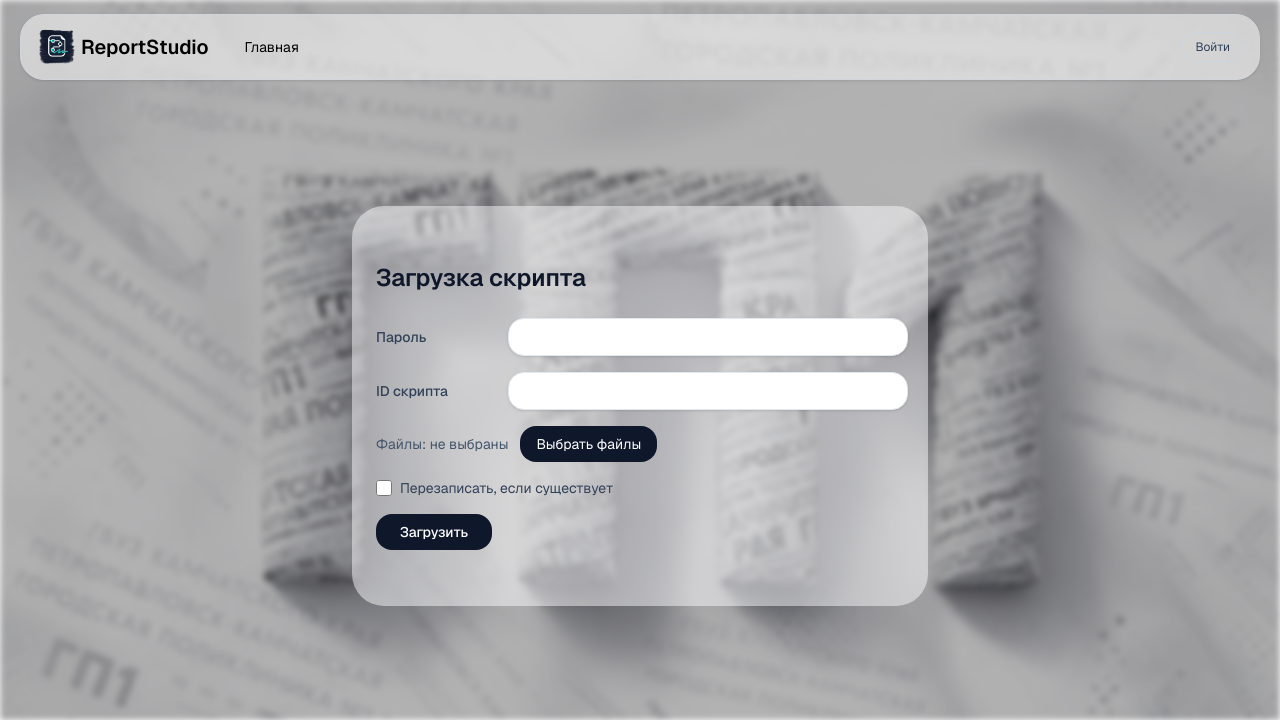
Repository: vladzap2423/report_studio_v2
Page: /load
These files come from the project's save history. The page is drawn as it stood at one moment and after the next save; the edit follows.
The browser window is 1280 px wide. The pictures show the whole page.
The page's requests for data from a server got no answer. The project was rebuilt for these pictures with package versions that can differ from the ones it lists, and the page was loaded fresh each time. The framework's server and built-in components were replaced by stand-ins that run in the browser. No one was signed in, and anything a server would have sent is missing. Also part of the build but not shown: next.config.ts, src/app/components/AppToastViewport.tsx.

Above is the page before, as saved 2026-04-17 09:59:34.

### src/app/layout.tsx
import type { Metadata } from "next";
import { Geist, Geist_Mono } from "next/font/google";
import "./globals.css"
import Header from "./components/Header";
import { AppToastProvider } from "./components/AppToastProvider";

const geistSans = Geist({
  variable: "--font-geist-sans",
  subsets: ["latin"],
});

const geistMono = Geist_Mono({
  variable: "--font-geist-mono",
  subsets: ["latin"],
});

export const metadata: Metadata = {
  title: "ГП1 Платформа",
  description: "Платформа ГП1",
};

export default function RootLayout({
  children,
}: Readonly<{
  children: React.ReactNode;
}>) {
  return (
    <html lang="ru">
      <body className={`${geistSans.variable} ${geistMono.variable} antialiased`}>
        <AppToastProvider>
          <div className="app-shell">
            <Header
              title="ReportStudio"
              links={[
                { label: "Главная", href: "/" },
                { label: "Задачи", href: "/tasks" },
                { label: "Админ", href: "/admin" },
              ]}
            />

            <main className="app-main-slot">
              <div className="app-main-frame app-page">{children}</div>
            </main>
          </div>
        </AppToastProvider>
      </body>
    </html>
  );
}

### src/app/load/page.tsx
"use client";

import { useState, useRef, useCallback } from "react";

export default function LoadPage() {
  const [password, setPassword] = useState("");
  const [id, setId] = useState("");
  const [files, setFiles] = useState<File[]>([]);
  const [overwrite, setOverwrite] = useState(false);
  const [error, setError] = useState<string | null>(null);
  const [success, setSuccess] = useState<string | null>(null);
  const [loading, setLoading] = useState(false);

  const inputRef = useRef<HTMLInputElement | null>(null);

  const onPickClick = useCallback(() => {
    inputRef.current?.click();
  }, []);

  const handlePicked = useCallback((picked: File[]) => {
    setFiles(picked);
  }, []);

  const uploadScripts = useCallback(async () => {
    setError(null);
    setSuccess(null);

    if (!files.length) return setError("Выберите файлы скрипта.");
    if (!id.trim()) return setError("Укажите ID скрипта.");
    if (password !== "Zx44tfW") return setError("Неверный пароль.");

    setLoading(true);
    try {
      const fd = new FormData();
      fd.append("scriptId", id.trim());
      fd.append("password", password);
      if (overwrite) fd.append("overwrite", "1");
      for (const f of files) fd.append("files", f, (f as any).webkitRelativePath || f.name);

      const res = await fetch("/api/scripts/upload", { method: "POST", body: fd });
      if (!res.ok) throw new Error(`HTTP ${res.status}`);

      setSuccess("Скрипт загружен.");
      setFiles([]);
      setId("");
      setPassword("");
      if (inputRef.current) inputRef.current.value = "";
    } catch {
      setError("Не удалось загрузить скрипт.");
    } finally {
      setLoading(false);
    }
  }, [files, id, password, overwrite]);

  return (
      <div className="mx-auto max-w-xl px-6 py-14 bg-gray-50/50 rounded-4xl mt-28">
        <h1 className="text-2xl font-semibold text-slate-900 mb-6">Загрузка скрипта</h1>

        <div className="grid gap-3 sm:grid-cols-[120px_1fr] sm:items-center mb-4">
          <label className="text-sm font-medium text-slate-700">Пароль</label>
          <input
            type="password"
            value={password}
            onChange={(e) => setPassword(e.target.value)}
            className="w-100 rounded-2xl border border-slate-200 bg-white px-4 py-2 text-sm text-slate-900 shadow-sm focus:outline-none focus:ring-4 focus:ring-slate-200"
          />
        </div>

        <div className="grid gap-3 sm:grid-cols-[120px_1fr] sm:items-center mb-4">
          <label className="text-sm font-medium text-slate-700">ID скрипта</label>
          <input
            type="text"
            value={id}
            onChange={(e) => setId(e.target.value)}
            className="w-100 rounded-2xl border border-slate-200 bg-white px-4 py-2 text-sm text-slate-900 shadow-sm focus:outline-none focus:ring-4 focus:ring-slate-200"
          />
        </div>

        <div className="flex flex-wrap items-center gap-3 mb-4 text-sm text-slate-600">
          <div>Файлы: {files.length ? `${files.length} шт.` : "не выбраны"}</div>
          <button
            type="button"
            onClick={onPickClick}
            className="rounded-2xl bg-slate-900 px-4 py-2 text-white hover:bg-slate-800"
          >
            Выбрать файлы
          </button>
          <input
            ref={inputRef}
            type="file"
            multiple
            className="hidden"
            onChange={(e) => {
              const picked = Array.from(e.target.files || []);
              if (!picked.length) return;
              handlePicked(picked);
            }}
            {...({ webkitdirectory: "true"} as any)}
          />
        </div>

        <div className="flex items-center gap-2 mb-4">
          <input
            type="checkbox"
            checked={overwrite}
            onChange={(e) => setOverwrite(e.target.checked)}
            id="overwrite"
            className="w-4 h-4 rounded border-slate-300 text-slate-900 focus:ring-slate-200"
          />
          <label htmlFor="overwrite" className="text-sm text-slate-700">Перезаписать, если существует</label>
        </div>

        {error && <div className="mb-4 rounded-2xl border border-rose-200 bg-rose-50 px-4 py-3 text-sm text-rose-700">{error}</div>}
        {success && <div className="mb-4 rounded-2xl border border-emerald-200 bg-emerald-50 px-4 py-3 text-sm text-emerald-700">{success}</div>}

        <button
          type="button"
          onClick={uploadScripts}
          disabled={loading}
          className="rounded-2xl bg-slate-900 px-6 py-2 text-white text-sm font-medium hover:bg-emerald-600 disabled:opacity-50"
        >
          {loading ? "Загрузка..." : "Загрузить"}
        </button>
      </div>
  );
}

### src/app/globals.css
@import "tailwindcss";

:root {
  --background: #ffffff;
  --foreground: #171717;
  --app-max-width: 1400px;
  --app-main-max-width: 1680px;
  --app-gutter: 16px;
  --app-header-py: 12px;
  --app-content-py: 12px;
  color-scheme: light;
}

@theme inline {
  --color-background: var(--background);
  --color-foreground: var(--foreground);
  --font-sans: var(--font-geist-sans);
  --font-mono: var(--font-geist-mono);
}

html,
body {
  height: 100%;
}

body {
  margin: 0;
  background: var(--background);
  color: var(--foreground);
  font-family: var(--font-geist-sans), "Segoe UI", sans-serif;
  position: relative;
  overflow: hidden;
}

body::before {
  content: "";
  position: fixed;
  inset: 0;
  background-image: url("/fon.png");
  background-size: cover;
  background-position: center;
  background-repeat: no-repeat;
  filter: blur(3px) brightness(0.7);
  z-index: -1;
}

.app-shell {
  height: 100dvh;
  display: flex;
  flex-direction: column;
  overflow: hidden;
}

.app-frame {
  width: min(var(--app-max-width), calc(100% - (var(--app-gutter) * 2)));
  margin-inline: auto;
}

.app-main-frame {
  width: min(var(--app-main-max-width), calc(100% - (var(--app-gutter) * 2)));
  margin-inline: auto;
}

.app-header {
  flex: 0 0 auto;
  padding-block: var(--app-header-py);
}

.app-main-slot {
  flex: 1 1 auto;
  min-height: 0;
  padding-bottom: var(--app-content-py);
}

.app-page {
  height: 100%;
  overflow: auto;
}

@media (min-width: 1024px) {
  :root {
    --app-gutter: 20px;
    --app-header-py: 14px;
    --app-content-py: 14px;
  }
}

### src/app/components/Header.tsx
"use client";

import React, { useEffect, useMemo, useState } from "react";
import Link from "next/link";
import { usePathname } from "next/navigation";
import { hasRequiredRole, type UserRole } from "@/lib/roles";

type HeaderLink = {
  label: string;
  href: string;
};

type HeaderProps = {
  title?: string;
  links?: HeaderLink[];
};

type CurrentUser = {
  id: number;
  name: string;
  username: string;
  role: UserRole;
};

const Header: React.FC<HeaderProps> = ({ title = "ГП1 Платформа", links = [] }) => {
  const pathname = usePathname();
  const [user, setUser] = useState<CurrentUser | null>(null);

  useEffect(() => {
    let cancelled = false;

    const loadCurrentUser = async () => {
      try {
        const res = await fetch("/api/auth/me", { cache: "no-store" });
        if (!res.ok) return;
        const data = (await res.json()) as { user?: CurrentUser | null };
        if (!cancelled) {
          setUser(data.user || null);
        }
      } catch {
        // ignore
      }
    };

    if (pathname !== "/login") {
      loadCurrentUser();
    }

    return () => {
      cancelled = true;
    };
  }, [pathname]);

  const visibleLinks = useMemo(() => {
    return links.filter((link) => {
      if (link.href === "/admin") {
        return user ? hasRequiredRole(user.role, "admin") : false;
      }
      if (link.href === "/tasks") {
        return Boolean(user);
      }
      return true;
    });
  }, [links, user]);

  const handleLogout = async () => {
    try {
      await fetch("/api/auth/logout", { method: "POST" });
    } finally {
      window.location.href = "/login";
    }
  };

  return (
    <header className="app-header app-frame w-full">
      <div className="flex w-full items-center justify-between rounded-3xl border border-gray-300 bg-white/50 px-4 py-3 shadow-sm">
        <div className="flex items-center space-x-6">
          <div className="flex shrink-0 items-center gap-1">
            <img
              src="/icon.png"
              alt=""
              className="h-10 w-10"
            />
            <div className="text-xl font-semibold text-black">{title}</div>
          </div>

          <nav className="flex space-x-2">
            {visibleLinks.map((link) => {
              const isActive = pathname === link.href;
              return (
                <Link
                  key={link.href}
                  href={link.href}
                  className={`rounded-3xl px-3 py-1.5 text-sm transition-colors ${
                    isActive ? "bg-slate-900 text-white" : "text-black hover:bg-gray-100"
                  }`}
                >
                  {link.label}
                </Link>
              );
            })}
          </nav>
        </div>

        {user ? (
          <div className="flex items-center gap-3">
            <span className="rounded-full bg-slate-100 px-3 py-1 text-xs text-slate-700">
              {user.name} ({user.role})
            </span>
            <button
              type="button"
              onClick={handleLogout}
              className="rounded-2xl border border-slate-300 px-3 py-1.5 text-xs text-slate-700 hover:bg-slate-100"
            >
              Выйти
            </button>
          </div>
        ) : (
          <Link
            href="/login"
            className="rounded-2xl border border-slate-300 px-3 py-1.5 text-xs text-slate-700 hover:bg-slate-100"
          >
            Войти
          </Link>
        )}
      </div>
    </header>
  );
};

export default Header;

### src/app/components/AppToastProvider.tsx
"use client";

import {
  createContext,
  useCallback,
  useContext,
  useEffect,
  useMemo,
  useRef,
  useState,
  type ReactNode,
} from "react";
import AppToastViewport, { type AppToastItem, type AppToastTone } from "./AppToastViewport";

type AppToastOptions = {
  duration?: number;
  tone?: AppToastTone;
};

type AppToastContextValue = {
  dismissToast: (id: string) => void;
  pushToast: (message: string, options?: AppToastOptions) => void;
  showError: (message: string, duration?: number) => void;
  showInfo: (message: string, duration?: number) => void;
  showSuccess: (message: string, duration?: number) => void;
};

type ToastSyncOptions = {
  error?: string | null;
  errorDuration?: number;
  clearError?: () => void;
  message?: string | null;
  messageDuration?: number;
  messageTone?: AppToastTone;
  clearMessage?: () => void;
};

const AppToastContext = createContext<AppToastContextValue | null>(null);

function getDefaultDuration(tone: AppToastTone) {
  return tone === "error" ? 5200 : 3200;
}

export function AppToastProvider({ children }: { children: ReactNode }) {
  const [items, setItems] = useState<AppToastItem[]>([]);
  const nextIdRef = useRef(1);
  const timeoutsRef = useRef<Map<string, number>>(new Map());
  const lastToastRef = useRef<{ at: number; message: string; tone: AppToastTone } | null>(null);

  const dismissToast = useCallback((id: string) => {
    const timeoutId = timeoutsRef.current.get(id);
    if (timeoutId) {
      window.clearTimeout(timeoutId);
      timeoutsRef.current.delete(id);
    }

    setItems((prev) => prev.filter((item) => item.id !== id));
  }, []);

  const pushToast = useCallback(
    (message: string, options?: AppToastOptions) => {
      const normalized = message.trim();
      if (!normalized) return;

      const tone = options?.tone ?? "info";
      const now = Date.now();
      const lastToast = lastToastRef.current;

      if (
        lastToast &&
        lastToast.message === normalized &&
        lastToast.tone === tone &&
        now - lastToast.at < 300
      ) {
        return;
      }

      lastToastRef.current = { at: now, message: normalized, tone };

      const id = `toast:${nextIdRef.current++}`;
      setItems((prev) => [
        ...prev.slice(-3),
        {
          id,
          tone,
          message: normalized,
          onClose: () => dismissToast(id),
        },
      ]);

      const timeoutId = window.setTimeout(
        () => dismissToast(id),
        options?.duration ?? getDefaultDuration(tone)
      );
      timeoutsRef.current.set(id, timeoutId);
    },
    [dismissToast]
  );

  useEffect(() => {
    return () => {
      timeoutsRef.current.forEach((timeoutId) => window.clearTimeout(timeoutId));
      timeoutsRef.current.clear();
    };
  }, []);

  const value = useMemo<AppToastContextValue>(
    () => ({
      dismissToast,
      pushToast,
      showError: (message, duration) => pushToast(message, { tone: "error", duration }),
      showInfo: (message, duration) => pushToast(message, { tone: "info", duration }),
      showSuccess: (message, duration) => pushToast(message, { tone: "success", duration }),
    }),
    [dismissToast, pushToast]
  );

  return (
    <AppToastContext.Provider value={value}>
      {children}
      <AppToastViewport items={items} />
    </AppToastContext.Provider>
  );
}

export function useAppToast() {
  const context = useContext(AppToastContext);
  if (!context) {
    throw new Error("useAppToast must be used within AppToastProvider");
  }
  return context;
}

export function useToastSync({
  error,
  errorDuration,
  clearError,
  message,
  messageDuration,
  messageTone = "success",
  clearMessage,
}: ToastSyncOptions) {
  const { pushToast } = useAppToast();
  const handledMessageRef = useRef<string | null>(null);
  const handledErrorRef = useRef<string | null>(null);

  useEffect(() => {
    if (!message) {
      handledMessageRef.current = null;
      return;
    }

    if (handledMessageRef.current === message) return;
    handledMessageRef.current = message;
    pushToast(message, { tone: messageTone, duration: messageDuration });
    clearMessage?.();
  }, [clearMessage, message, messageDuration, messageTone, pushToast]);

  useEffect(() => {
    if (!error) {
      handledErrorRef.current = null;
      return;
    }

    if (handledErrorRef.current === error) return;
    handledErrorRef.current = error;
    pushToast(error, { tone: "error", duration: errorDuration });
    clearError?.();
  }, [clearError, error, errorDuration, pushToast]);
}

### src/lib/roles.ts
export type UserRole = "user" | "admin" | "god";

const ROLE_PRIORITY: Record<UserRole, number> = {
  user: 1,
  admin: 2,
  god: 3,
};

export function hasRequiredRole(role: UserRole, required: UserRole): boolean {
  return ROLE_PRIORITY[role] >= ROLE_PRIORITY[required];
}

After the next save:
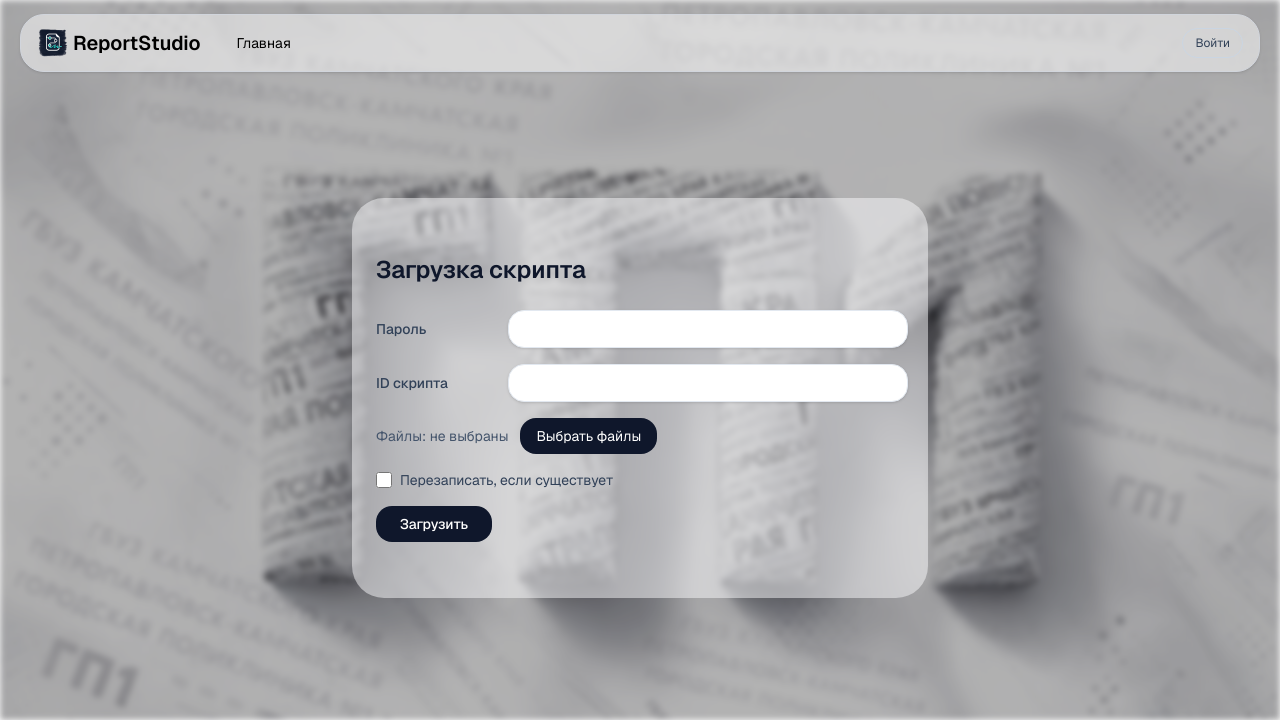
Saved 6 min 11 s later.
--- a/src/app/components/Header.tsx
+++ b/src/app/components/Header.tsx
@@ -79,7 +79,7 @@ const Header: React.FC<HeaderProps> = ({ title = "ГП1 Платформа", lin
             <img
               src="/icon.png"
               alt=""
-              className="h-10 w-10"
+              className="h-[32px] w-[32px] shrink-0 object-contain"
             />
             <div className="text-xl font-semibold text-black">{title}</div>
           </div>
